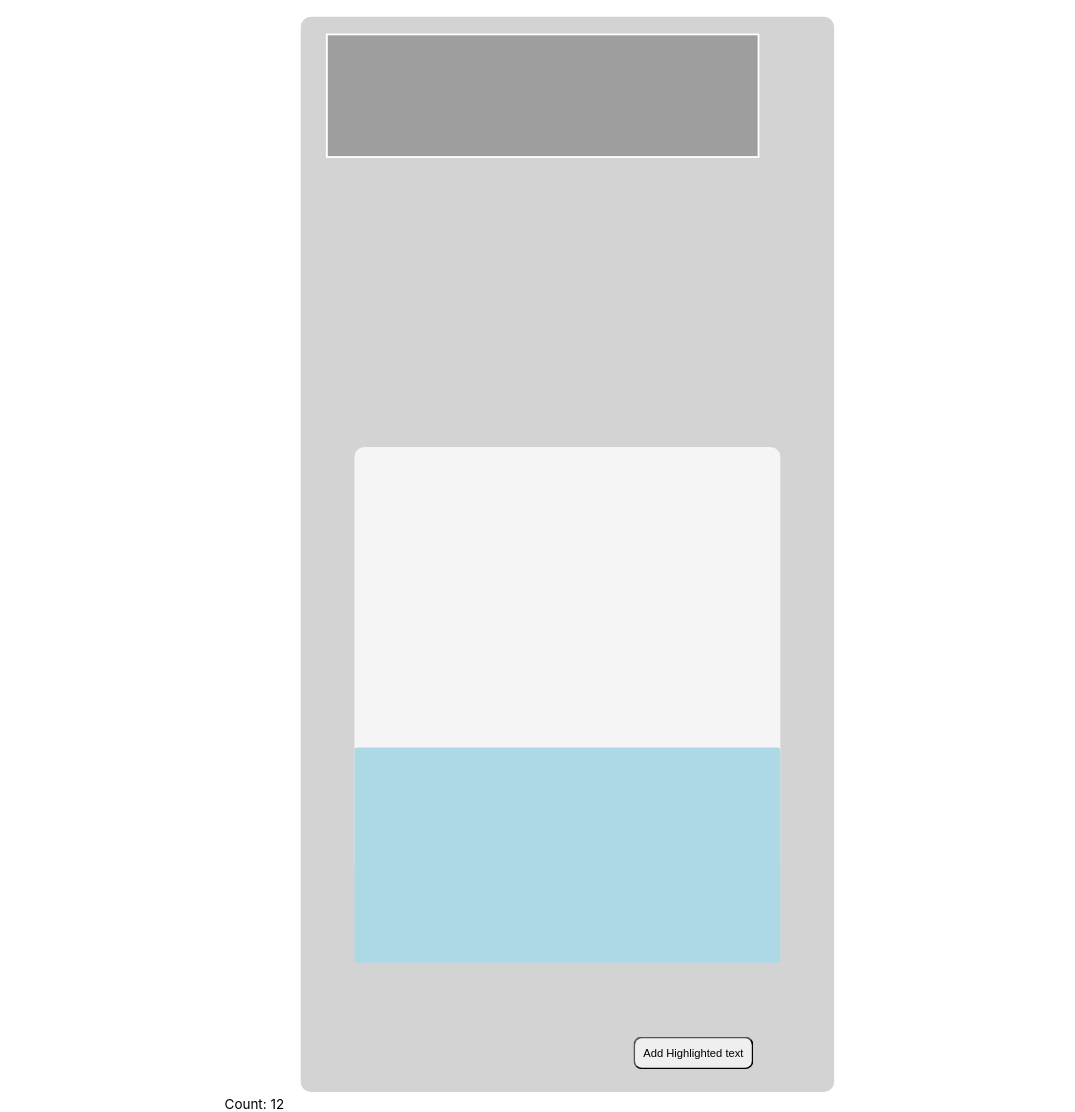
Repository: Farbod29/React-text-highlighter-with-hook-
Page: /
An editor plug-in stored every save of this project. The page is shown before and after the next save, followed by the edit.
The browser window is 1280 px wide. The pictures show the whole page, at 84% of full size.
Pictures or frames that could not be fetched are drawn as grey boxes. The project was rebuilt for these pictures with package versions that can differ from the ones it lists, and the page was loaded fresh each time.

Above is the page before, as saved 2022-02-18 23:10:31.

### src/App.js
import './App.css';
import Highlighter from './highlighter';
function App() {
  return (
    <div className="App">
      <Highlighter />
    </div>
  );
}

export default App;

### src/highlighter.js
import React, { useEffect, useState } from 'react';

export default function Highlighter() {
  let doit = () => {
    document.onmouseup = () => {
      console.log(window.getSelection().toString());
    };
  };
  const [count, setCount] = useState(12);
  return (
    <>
      Count: {count}
      {/* <button onClick={() => setCount((prevCount) => prevCount - 1)}>-</button> */}
      <div
        style={{
          padding: '0px 10px',
          height: '100vw',
          width: '48vw',
          margin: '20px',
          borderRadius: '12px',
          backgroundColor: '#D3D3D3',
          inline: true,
          fontColor: 'red',
          display: 'inline-block',
          textAlign: 'center',
          position: 'relative',
        }}
      >
        <img
          style={{
            height: '20vh',
            width: '40vw',
            position: 'absolute',
            border: '2px solid',
            borderColor: '#ffff',
            left: 30,
            top: 20,
          }}
          src="https://pfrias.couragecompanion.eu/storage/m/_v2/213604778138275840/4f8b684e5-e9314a/vlyvkRQwb3ew/u8hVvH5l5IFvha9MQyXCzPOYLo2SXG3bqIpv6vBg.png"
        ></img>
        <div
          style={{
            // textBox1
            padding: '0px 10px',
            backgroundColor: '#F5F5F5',
            height: '40vw',
            width: '38vw',
            left: '5vw',
            top: '40vw',
            borderRadius: '12px',
            position: 'absolute',
          }}
        />
        <div
          style={{
            // textBox
            padding: '0px 10px',
            backgroundColor: '#ADD8E6',
            height: '20vw',
            width: '38vw',
            left: '5vw',
            top: '68vw',
            borderRadius: '3px',
            position: 'absolute',
          }}
        />
        <div // button
          style={{
            top: '500',
            position: 'absolute',
            bottom: '1vw',
            left: '25vw',
            right: '2vw',
            width: '23vw',
            height: '53px',
          }}
        >
          <button
            style={{ padding: '10px', borderRadius: '10px' }}
            onClick={() => setCount(12)}
          >
            {' '}
            Add Highlighted text{' '}
          </button>
        </div>
      </div>
      {doit()}
    </>
  );
}

Loaded but not shown: public/index.html (common file); src/index.js (common file); src/index.css (common file); src/reportWebVitals.js (common file); src/App.css (common file)

After the next save:
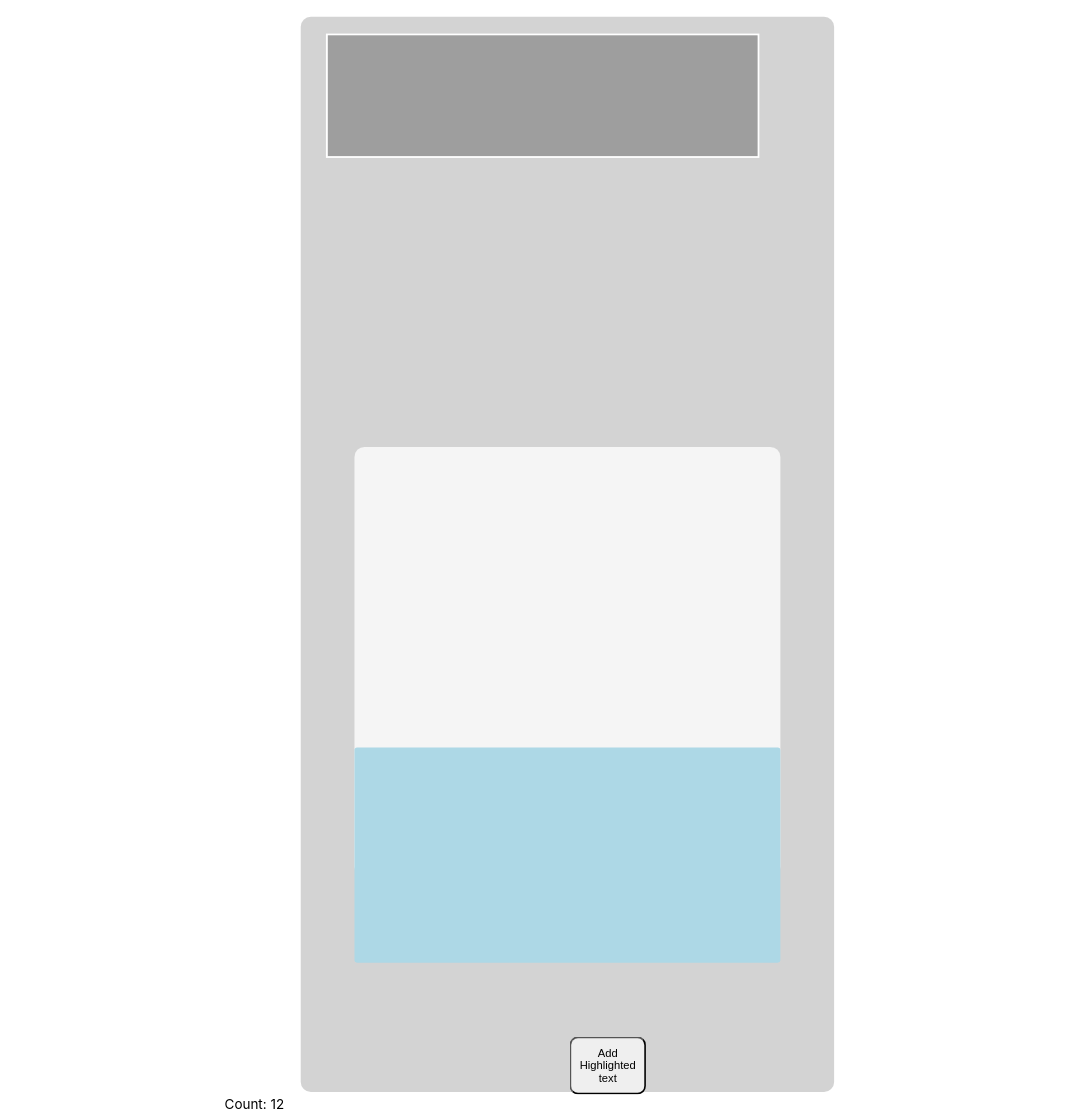
Saved 21 s later.
--- a/src/highlighter.js
+++ b/src/highlighter.js
@@ -71,7 +71,7 @@ export default function Highlighter() {
             bottom: '1vw',
             left: '25vw',
             right: '2vw',
-            width: '23vw',
+            width: '23px',
             height: '53px',
           }}
         >
